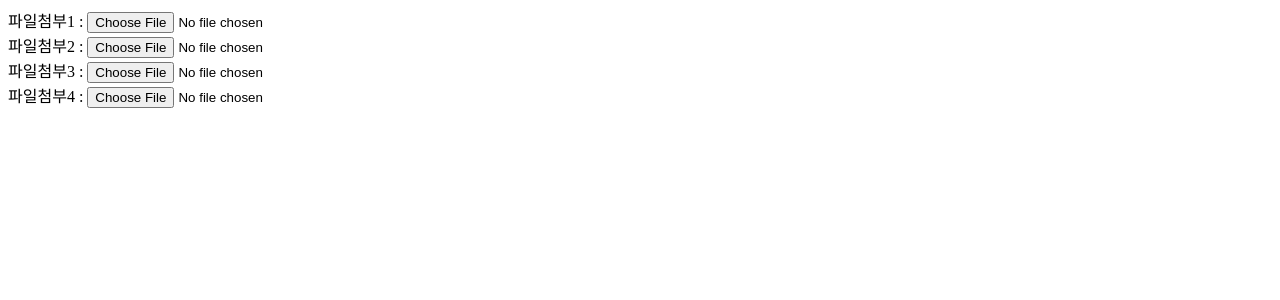
Repository: kimkeng/BackendClass
Page: web/src/main/webapp/file1.html
These files come from the project's save history. The page is drawn as it stood at one moment and after the next save; the edit follows.
The browser window is 1280 px wide. The pictures show the whole page.

Above is the page before, as saved 2023-08-16 09:13:21.

### web/src/main/webapp/file1.html
<!DOCTYPE html>
<html>
<head>
<meta charset="UTF-8">
<title>파일업로드</title>
</head>
<body>
파일첨부1 : <input type="file"> <br>
파일첨부2 : <input type="file" accept="image/*"> <br>
파일첨부3 : <input type="file" accept="video/*"> <br>
<!-- 파일첨부4 : <input type="file" accept=".webp"> <br>-->
파일첨부4 : <input type="file" accept=".gif, .jpg, .png"> <br>
</body>
</html>

After the next save:
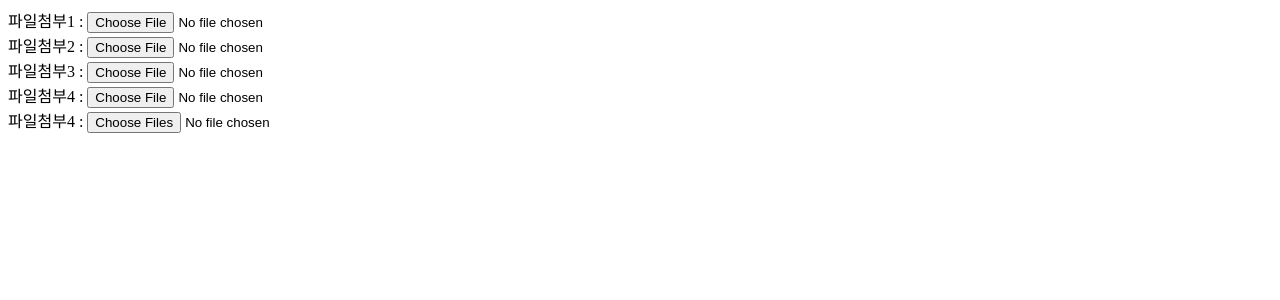
Saved 12 s later.
--- a/web/src/main/webapp/file1.html
+++ b/web/src/main/webapp/file1.html
@@ -10,5 +10,6 @@
 파일첨부3 : <input type="file" accept="video/*"> <br>
 <!-- 파일첨부4 : <input type="file" accept=".webp"> <br>-->
 파일첨부4 : <input type="file" accept=".gif, .jpg, .png"> <br>
+파일첨부4 : <input type="file" multiple> <br>
 </body>
 </html>
